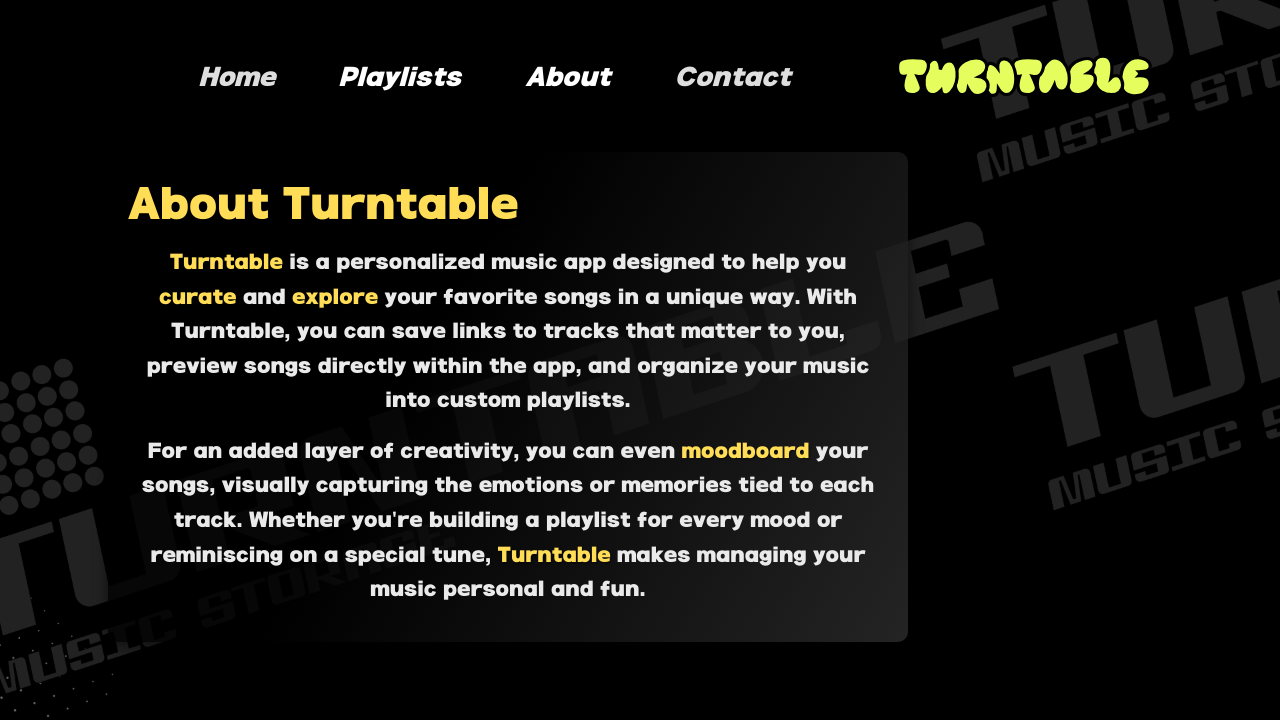
Repository: ReputableRice/Frontend-Project
Page: /app/about
These files come from the project's save history. The page is drawn as it stood at one moment and after the next save; the edit follows.
The browser window is 1280 px wide. The pictures show the whole page.
Some web libraries are served in a nearby version. The project was rebuilt for these pictures with package versions that can differ from the ones it lists, and the page was loaded fresh each time. Also part of the build but not shown: vite.config.js, src/components/templates/ContactForm/contactform.css, src/components/templates/ContactForm/ContactForm.tsx, src/components/templates/Card/card.css, src/components/organisms/CardBottom/CardBottom.tsx, src/components/templates/Card/Card.tsx, src/Pages/Contact/Contact.css, src/Pages/Contact/Contact.tsx and 18 more.

Above is the page before, as saved 2024-12-01 00:54:16.

After the next save:
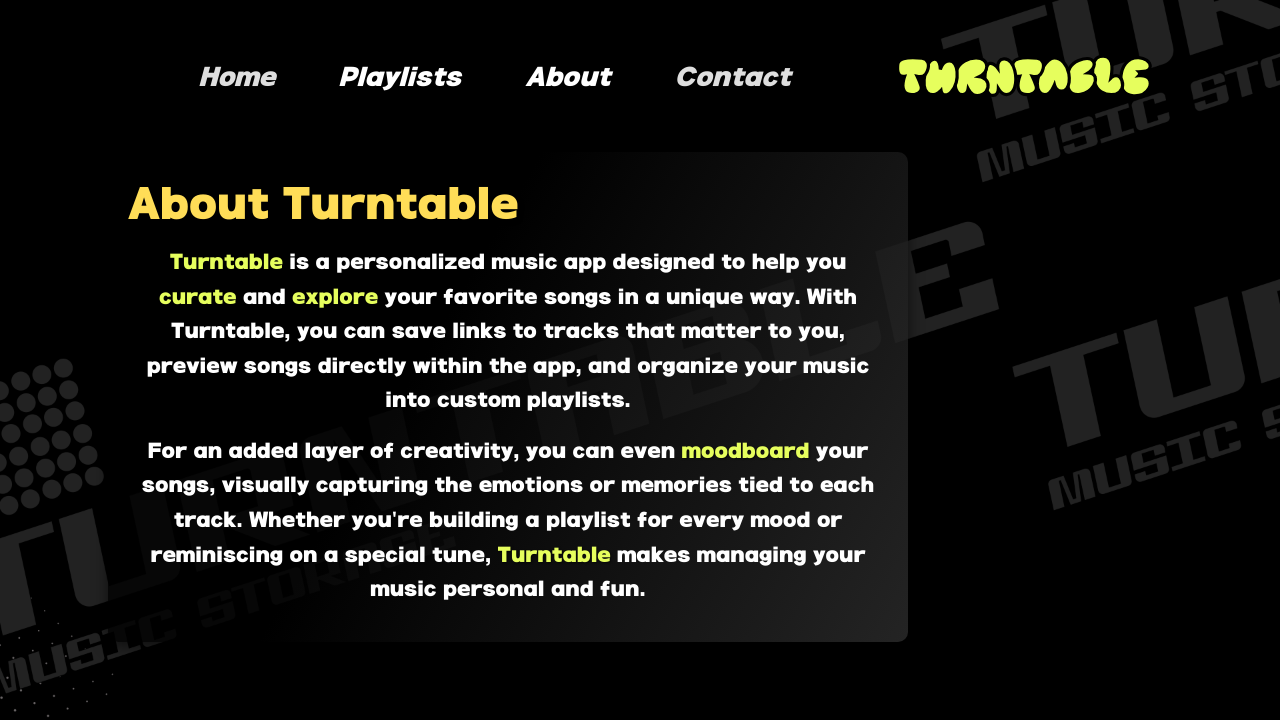
Saved 3 min 9 s later.
--- a/src/Pages/About/about.css
+++ b/src/Pages/About/about.css
@@ -42,7 +42,7 @@
     justify-content: center;
     align-items: center;
     padding: 2rem;
-    color: #fff;
+    color:white;
     text-align: center;
     background: linear-gradient(120deg, rgba(0, 0, 0, 0.8) 40%, rgba(45, 45, 45, 0.8) 100%);
     border-radius: 10px;
@@ -59,12 +59,12 @@
 .aboutDescription {
     font-size: 1.2rem;
     line-height: 1.8;
-    color: #eaeaea;
+    color: white;
     margin-bottom: 1rem;
 }
 
 .highlight {
-    color: #ffdd57;
+    color: var(--n-green);
     font-weight: bold;
     text-shadow: 1px 1px 2px rgba(0, 0, 0, 0.6);
 }
